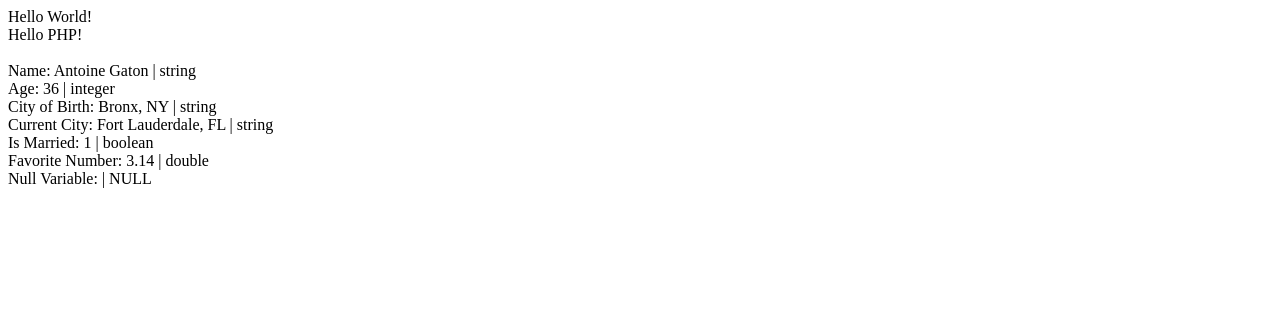
Repository: AntoineGaton/PHP
Page: http://localhost/hello_world/index.php
These files come from the project's save history. The page is drawn as it stood at one moment and after the next save; the edit follows.
The browser window is 1280 px wide. The pictures show the whole page.
The page is run by PHP 8.4 with error messages shown; the project is at /var/www/html/.

Above is the page before, as saved 2025-03-25 18:15:42.

After the next save:
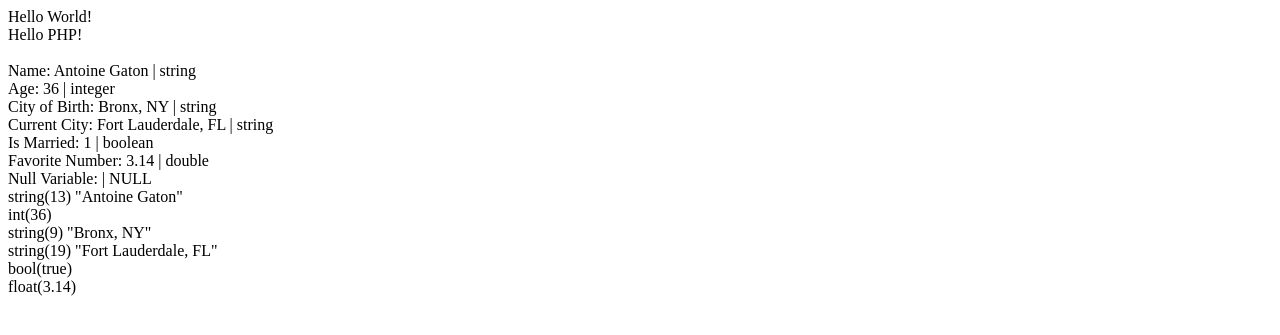
Saved 76 s later.
--- a/hello_world/index.php
+++ b/hello_world/index.php
@@ -51,6 +51,20 @@
     echo "Null Variable: $null_variable";
     echo " | " . gettype($null_variable);
     echo "<br>";
+
+    // Vardump: Print Variables and Types
+    var_dump($name);
+    echo "<br>";
+    var_dump($age);
+    echo "<br>";
+    var_dump($city_of_birth);
+    echo "<br>";
+    var_dump($current_city);
+    echo "<br>";
+    var_dump($is_married);
+    echo "<br>";
+    var_dump($favorite_number);
+    echo "<br>";
     ?>
 </body>
 
